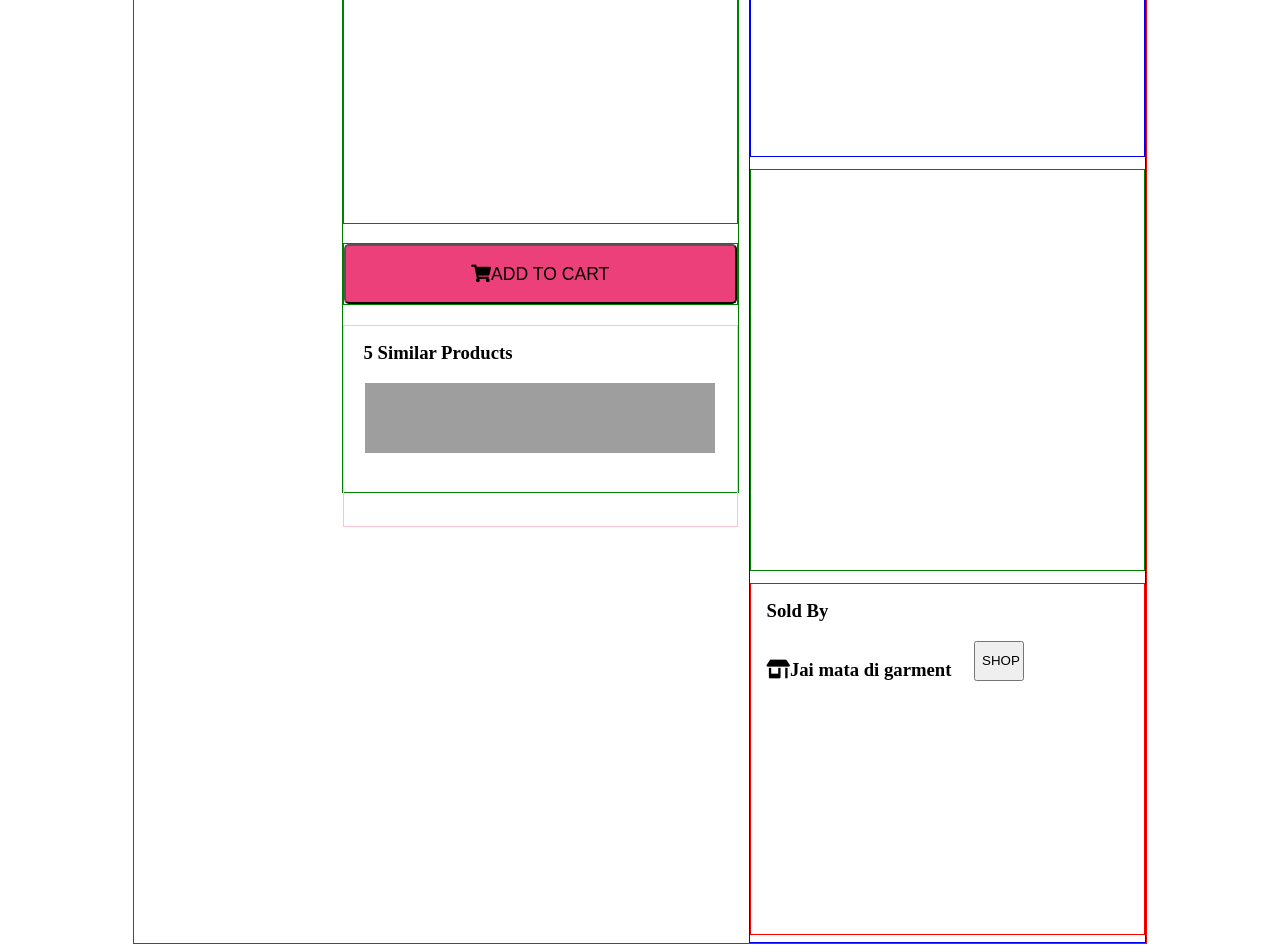
Repository: deepakxxxx/meesho
Page: catelog.html
These files come from the project's save history. The page is drawn as it stood at one moment and after the next save; the edit follows.
The browser window is 1280 px wide. The pictures show the part of the page from y = 419 to 1371 px (the page is 1371 px tall).
Pictures or frames that could not be fetched are drawn as grey boxes. A picture or video elsewhere on the page could not be fetched, so the positions and the page height are approximate.

Above is the page before, as saved 2021-11-06 17:44:15.

### catelog.html
<!DOCTYPE html>
<html lang="en">
<head>
    <meta charset="UTF-8">
    <meta http-equiv="X-UA-Compatible" content="IE=edge">
    <meta name="viewport" content="width=device-width, initial-scale=1.0">
    <link rel="stylesheet" href="https://use.fontawesome.com/releases/v5.15.4/css/all.css" integrity="sha384-DyZ88mC6Up2uqS4h/KRgHuoeGwBcD4Ng9SiP4dIRy0EXTlnuz47vAwmeGwVChigm" crossorigin="anonymous">
    <title>Document</title>
</head>
<style>
      #main{
        width: 100%;
        height: 136px;
        border: 1px solid white;
        margin: auto;
        /* position: fixed; */
    }
    #top{
        width: 100%;
        height: 70px;
        /* border: 1px solid red; */
        display: flex;

    }
    #left{
        display: flex;
        width: 55%;
    }
    #meesho{
      text-decoration: none;
      font-size: 50px;
      color: #F06292;
      font-weight: bold;
      margin-left: 25%;
      margin-top: 1%;
      /* margin-right: 0px; */
    }
    #search{
        /* margin-left: 30%; */
        height: 60px;
        width: 400px;
        border-radius: 6px;
        margin-top: 1%;
        /* margin-left: 0px; */
        border: 1px solid #BDBDBD;
        font-size: 90%;
        /* margin-right: 60%; */
    }
    #right{
        display: flex;
        list-style-type: none;
        column-gap: 30px;

    }
    #rightmain{
        width: 45%;
        margin-right: 6%;
        /* margin-top: 9px; */
    }
    #app{
        text-decoration: none;
        margin-left: 10px;
        margin-top: 9px;
        font-size: 103%;
        color: black;
    }
    #supp{
        text-decoration: none;
        margin-top: 9px;
        font-size: 103%;
        color: black;
    }
    #profile{
        text-decoration: none;
        font-size: 103%;
        color: black;
    }
    #cart{
        text-decoration: none;
        font-size: 103%;
        color: black;
    }
    #app:hover{
        color: #EC407A;
        text-decoration: underline;
    }
    #profile:hover{
        color: #EC407A;
        text-decoration: underline;
    }
    .line1{
        height: 30px;
    }
    .line2{
        color: #BDBDBD;
    }
    #heading
    {
        width: 73%;
        margin:  5% auto auto auto ;
        display: grid;
        grid-template-columns: 23% 54% 23%;
        padding: 1%;
        position: sticky;
    }
    #topic{
        margin-top:-15px;
        text-align: center;
    }
    #collection{
        display: flex;
        margin-left: 2%;
        list-style-type: none;
        font-size: 105%;
        column-gap: 63px;

    }
    ul > a{
        text-decoration: none;
        color: black;
    }
    ul > a :hover{
        color: #EC407A;
        /* text-decoration: underline; */
    }
    #container{
        width: 80%;
        border: 1px solid red;
        margin: auto;
        display: flex;
        margin-top: 1%;
        column-gap: 1%;
    }
    #smallImg{
        width: 20%;
        /* border: 1px solid blue; */
        height: 300px;
    }
    #bigImg{
        width: 40%;
        border: 1px solid green;
        height: 750px;
    }
    #descr{
        width: 40%;
        border: 1px solid blue;
        height: 1200px;
    }
    .product_sneek_peek{
        width: 70px;
        height: 70px;
        border: 1px solid red;
        margin-left: 69%;
        border-radius: 5px;
    }
    #imgDi{
        width: 99.5%;
        height: 480px;
        border: 1px solid red;
    }
    #addto{
        width: 99.5%;
        height: 60px;
        border: 1px solid green;
        margin-top: 5%;
    }
    #addto > button{
        width: 100%;
        height: 100%;
        background-color: #EC407A;
        font-size: 110%;
        border-radius: 5px;
    }
    #similar{
        width: 99.5%;
        height: 200px;
        border: 1px solid pink;
        margin-top: 5%;
    }
    #deta{
        width: 99.5%;
        height: 200px;
        border: 1px solid red;
    }
    #sizes{
        width: 99.5%;
        height: 200px;
        border: 1px solid blue;
        margin-top: 3%;
    }
    #infor{
        width: 99.5%;
        height: 400px;
        border: 1px solid green;
        margin-top: 3%;
    }
    #deler{
        width: 99.5%;
        height: 350px;
        border: 1px solid red;
        margin-top: 3%;
    }
    #similar > h3{
        margin-left: 5%;
        margin-top: 4%;
    }
    #simimg{
        display: flex;
        justify-content: center;
    }
    #simimg > img{
        width: 70px;
        height: 70px;
    }
    #deler > h3{
        margin-top: 4%;
        margin-left: 4%;
    }
    #sho{
        display: flex;
        margin-left: 4%;
        column-gap: 6%;
    }
    #sho > button{
        width: 50px;
        height: 40px;
    }
</style>
<body>
    <div id="main">

        <div id="top">
            <div id="left">
             <span><a href="" id="meesho"><img src="https://cdn.hevodata.com/customer/logo/8c76f62bd88177a78bb6e2810a244446.png" alt="" rel = "icon" width="40%"></span></a>
             <span><input type="search" id="search" placeholder="Try Saree,Kurti or Search by Product Code"> </span>
            </div>
            <div id="rightmain">
                <ul id="right">
                    <div id="app">
                      <li><a href="" id="app"><i class="fas fa-mobile-alt"></i></a><a href="" id="app">Download App</a></li>

                    </div>
                    <hr class="line1">
                    <div id="supp">
                      <li><a href="" id="supp">Become a Supplier</a></li>

                    </div>
                    <hr class="line1">
                    <div>
                       <a href="" id="profile"><i class="far fa-user"></i></a>
                      <li><a href="" id="profile">Profile</a></li>
                    </div>

                    <hr class="line1">
                    <div>
                      <a href="" id="cart"><i class="fas fa-shopping-cart"></i></a>
                      <li><a href="" id="cart">Cart</a></li></li>
                    </div>

                </ul>
            </div>
        </div>

        <hr class="line2">
        <div id="secondLine">
        <ul id="collection">
            <a href="" class="same"><li>Women Ethnic</li></a>

            <a href="" class="same"><li>Women Western</li></a>

            <a href="" class="same"><li>Jewellery & Accessories</li></a>
            <a href="" class="same"><li>Men</li></a>
            <a href="" class="same"><li>Beauty & Health</li></a>
            <a href="" class="same"><li>Bags & Footwear</li></a>
            <a href="" class="same"><li>Home & Kitchen</li></a>
            <a href="" class="same"><li>Kids</li></a>
            <a href="" class="same"><li>Electronics</li></a>
        </ul>
      </div>
      <hr class="line2">
    </div>

    <div id="container">
        <div id="smallImg">
            <div class="product_sneek_peek">

            </div>
        </div>
        <div id="bigImg">
            <div id="imgDi">

            </div>
            <div id="addto">
                <button><i class="fas fa-shopping-cart"></i>ADD TO CART</button>
            </div>
            <div id="similar">
            <h3>5 Similar Products</h3>
            <div id="simimg">
                <img src="https://images.meesho.com/images/products/59272960/fddtp_512.jpg"/>
                <img src="https://images.meesho.com/images/products/59272964/a4l8y_512.jpg"/>
                <img src="https://images.meesho.com/images/products/59272962/azz7k_512.jpg"/>
                <img src="https://images.meesho.com/images/products/59272963/a5qjv_512.jpg"/>
                <img src="https://images.meesho.com/images/products/59272961/mx9tt_512.jpg"/>
            </div>
            </div>
        </div>
        <div id="descr">
            <div id="deta"></div>
            <div id="sizes"></div>
            <div id="infor"></div>
            <div id="deler">
                <h3>Sold By</h3>
                <div id="sho">
                    <h3><i class="fas fa-store-alt"></i>Jai mata di garment</h3>
                    <button>SHOP</button>
                </div>

            </div>
        </div>
    </div>
</body>
</html>

After the next save:
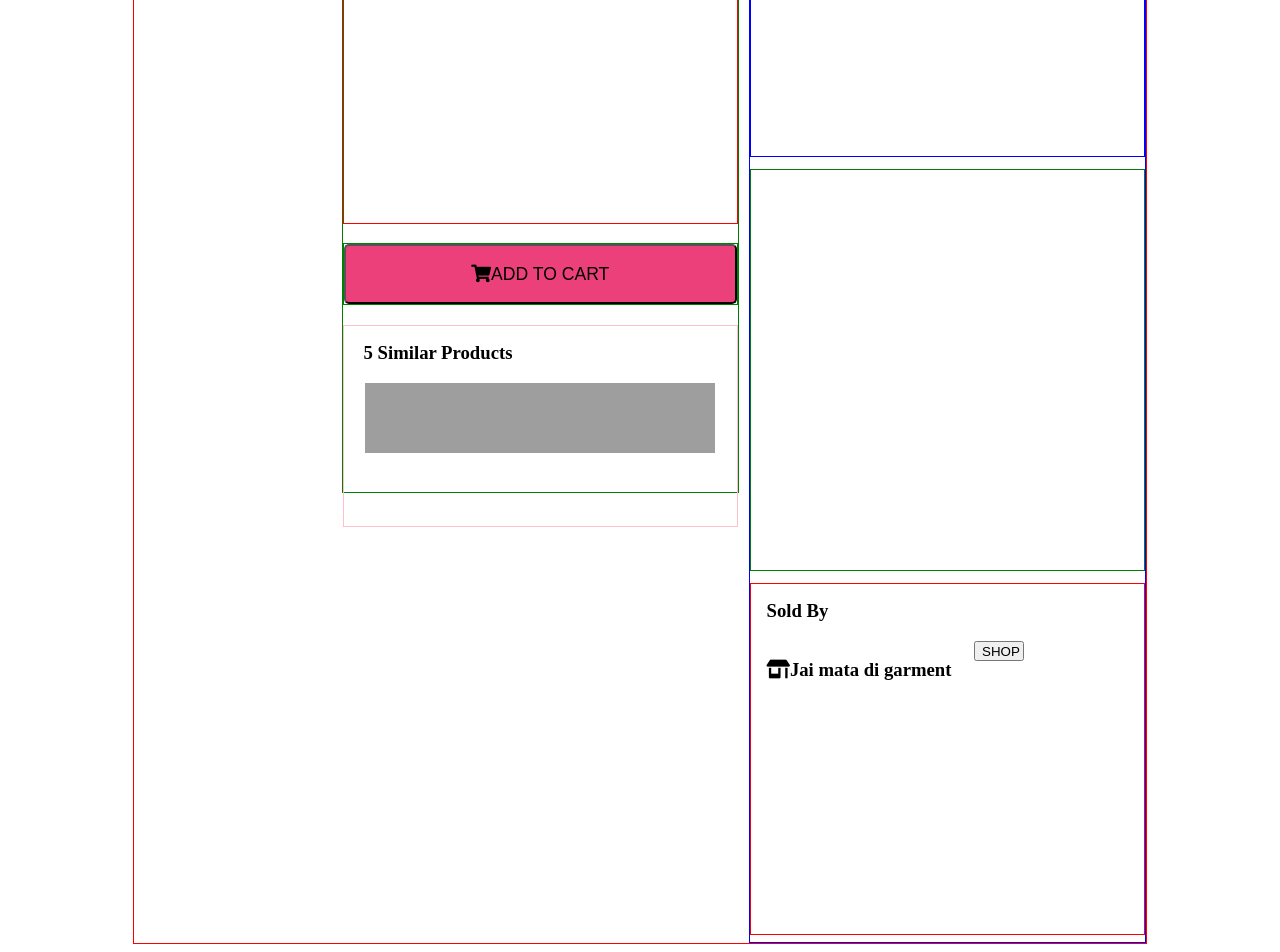
Saved 7 s later.
--- a/catelog.html
+++ b/catelog.html
@@ -223,7 +223,7 @@
     }
     #sho > button{
         width: 50px;
-        height: 40px;
+        height: 20px;
     }
 </style>
 <body>
